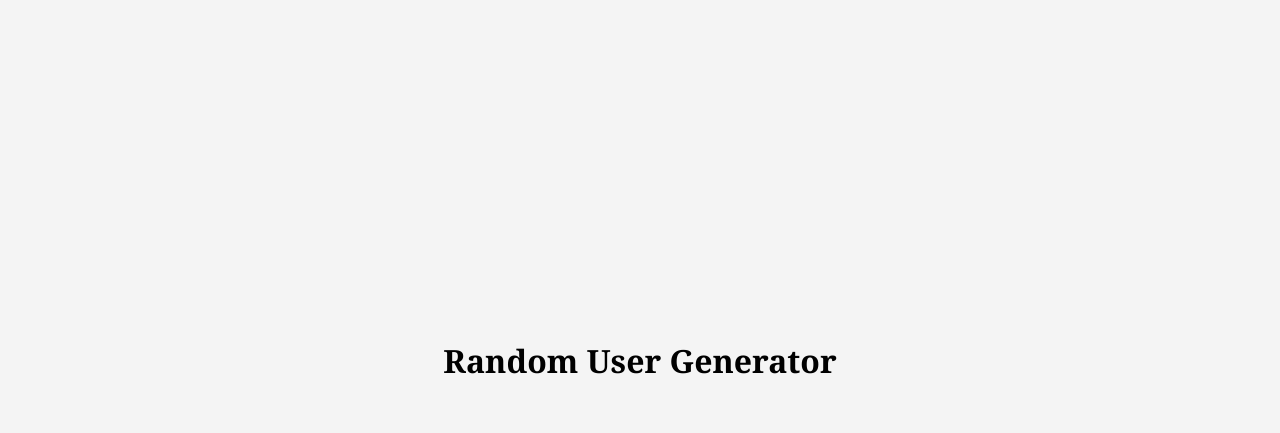
Repository: Patricious/Random_User-API
Page: /
An editor plug-in stored every save of this project. The page is shown before and after the next save, followed by the edit.
The browser window is 1280 px wide. The pictures show the whole page.
The project was rebuilt for these pictures with package versions that can differ from the ones it lists, and the page was loaded fresh each time.

Above is the page before, as saved 2021-08-17 08:54:52.

### src/index.js
import React from 'react';
import ReactDOM from 'react-dom';
import App from './App';



ReactDOM.render( < App / > ,
    document.getElementById('root')
);

### src/App.js
import './App.css';
import { useState } from "react";
import Button from './components/Button'

const App = () => {


    const [userData, setUserData] = useState([]);
    const [loading, setLoading] = useState(false);
    const [activeUser, setActiveUser] = useState(false);
    const [activeLink, setActiveLink] = useState(0);

    const onClickHandler = () => {

    }


    return ( <
        div className = "App" >
        <
        h1 > Random User Generator < /h1>

        <
        Button isActive = { activeUser }
        clicked = { onClickHandler }
        / >

        <
        /div>
    );
}

export default App;

### src/App.css
* {
    margin: 0;
    padding: 0;
    box-sizing: border-box;
}

.App {
    display: flex;
    flex-direction: column;
    justify-content: center;
    align-items: center;
    width: 100%;
    height: 100vh;
    overflow: hidden;
    background-color: #f4f4f4;
    font-family: Georgia, 'Times New Roman', Times, serif;
}

button {
    margin: 20px;
    color: #ffffff;
    background: #333333;
    padding: 10px;
    font-size: 16px;
}

img {
    width: 250px;
    height: 250px;
    margin: 10px 0;
    border-radius: 50%;
    border: 1px solid #dedede;
}

.app_user {
    width: auto;
    height: auto;
    display: flex;
    align-items: center;
    justify-content: center;
    flex-direction: column;
}

.app_icons {
    display: flex;
    align-items: center;
    justify-content: center;
}

.app_icons .fas {
    margin: 0 30px;
    transition: all 0.2s ease;
}

.app_icons .fas:hover {
    transform: scale(1.1);
    cursor: pointer;
}

### src/components/Button.js
import React from 'react'

function Button() {
    return ( <
        div >

        <
        /div>
    )
}

export default Button

Loaded but not shown: public/index.html (common file)

After the next save:
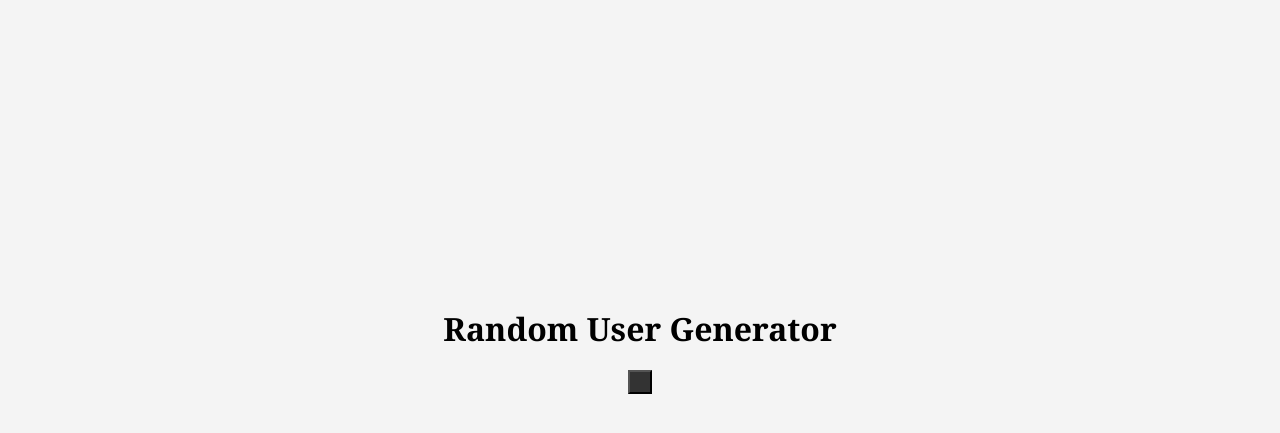
Saved 15 s later.
--- a/src/components/Button.js
+++ b/src/components/Button.js
@@ -3,8 +3,8 @@ import React from 'react'
 function Button() {
     return ( <
         div >
-
         <
+        button > < /button> <
         /div>
     )
 }
